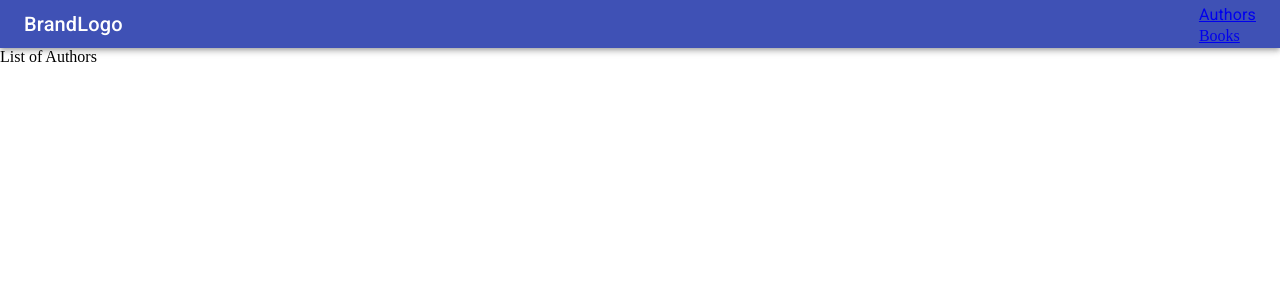
Repository: Sociophuck/00007494
Page: /authors (app in front/)
These files come from the project's save history. The page is drawn as it stood at one moment and after the next save; the edit follows.
The browser window is 1280 px wide. The pictures show the whole page.
The project was rebuilt for these pictures with package versions that can differ from the ones it lists, and the page was loaded fresh each time. Also part of the build but not shown: front/src/App.css, front/src/Book.js, front/src/Home.js.

Above is the page before, as saved 2021-04-04 10:57:51.

### front/src/App.js
import Author from "./Author";
import "./App.css";
import { BrowserRouter as Router, Route, Switch } from "react-router-dom";
import Book from "./Book";
import Home from "./Home";
import NavBar from "./NavBar";

function App() {
  return (
    <Router>
      <div className="App">
        <NavBar />
        <div>
          <Switch>
            <Route exact path="/">
              <Home />
            </Route>
            <Route path="/authors">
              <Author />
            </Route>
            <Route path="/books">
              <Book />
            </Route>
          </Switch>
        </div>
      </div>
    </Router>
  );
}

export default App;

### front/src/Author.js
function Author() {
  return <div>List of Authors</div>;
}

export default Author;

### front/src/NavBar.js
import { Link } from "react-router-dom";
import React from "react";
import { makeStyles } from "@material-ui/core/styles";
import AppBar from "@material-ui/core/AppBar";
import Toolbar from "@material-ui/core/Toolbar";
import Typography from "@material-ui/core/Typography";

const useStyles = makeStyles((theme) => ({
  root: {
    flexGrow: 1,
  },
  logo: {
    flexGrow: 1,
  },
}));

function NavBar() {
  const classes = useStyles();

  return (
    <div className={classes.root}>
      <AppBar position="static">
        <Toolbar variant="dense">
          <Typography className={classes.logo} variant="h6" color="inherit">
            BrandLogo
          </Typography>
          <div>
            <Link to="/authors">
              <Typography>Authors</Typography>
            </Link>
            <Link to="/books">Books</Link>
          </div>
        </Toolbar>
      </AppBar>
    </div>
  );
}

export default NavBar;

Loaded but not shown: front/public/index.html (common file); front/src/index.js (common file); front/src/index.css (common file)

After the next save:
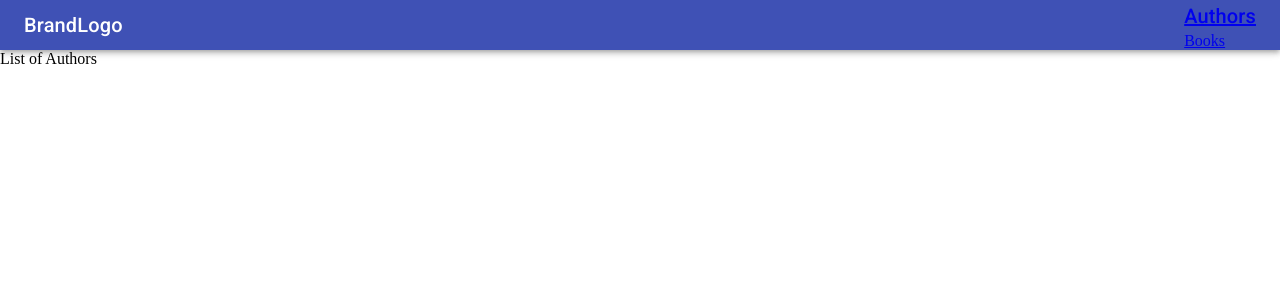
Saved 6 s later.
--- a/front/src/NavBar.js
+++ b/front/src/NavBar.js
@@ -26,7 +26,7 @@
           </Typography>
           <div>
             <Link to="/authors">
-              <Typography>Authors</Typography>
+              <Typography variant="h6">Authors</Typography>
             </Link>
             <Link to="/books">Books</Link>
           </div>

After the save that followed:
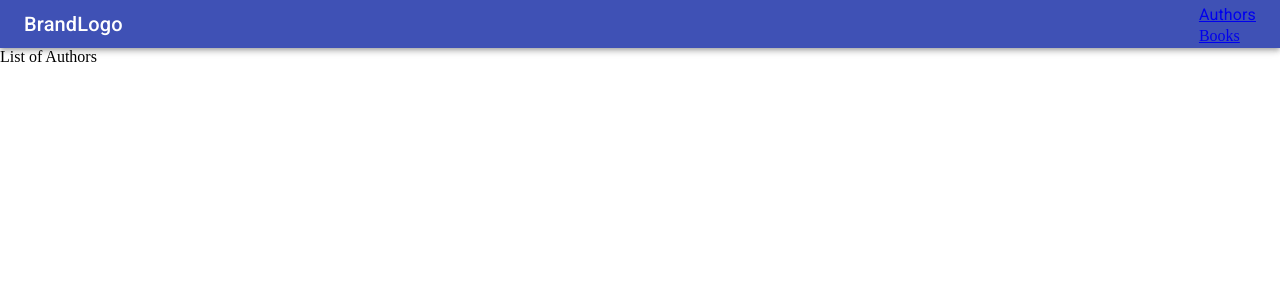
Saved 37 s later.
--- a/front/src/NavBar.js
+++ b/front/src/NavBar.js
@@ -26,7 +26,7 @@
           </Typography>
           <div>
             <Link to="/authors">
-              <Typography variant="h6">Authors</Typography>
+              <Typography variant="body1">Authors</Typography>
             </Link>
             <Link to="/books">Books</Link>
           </div>
